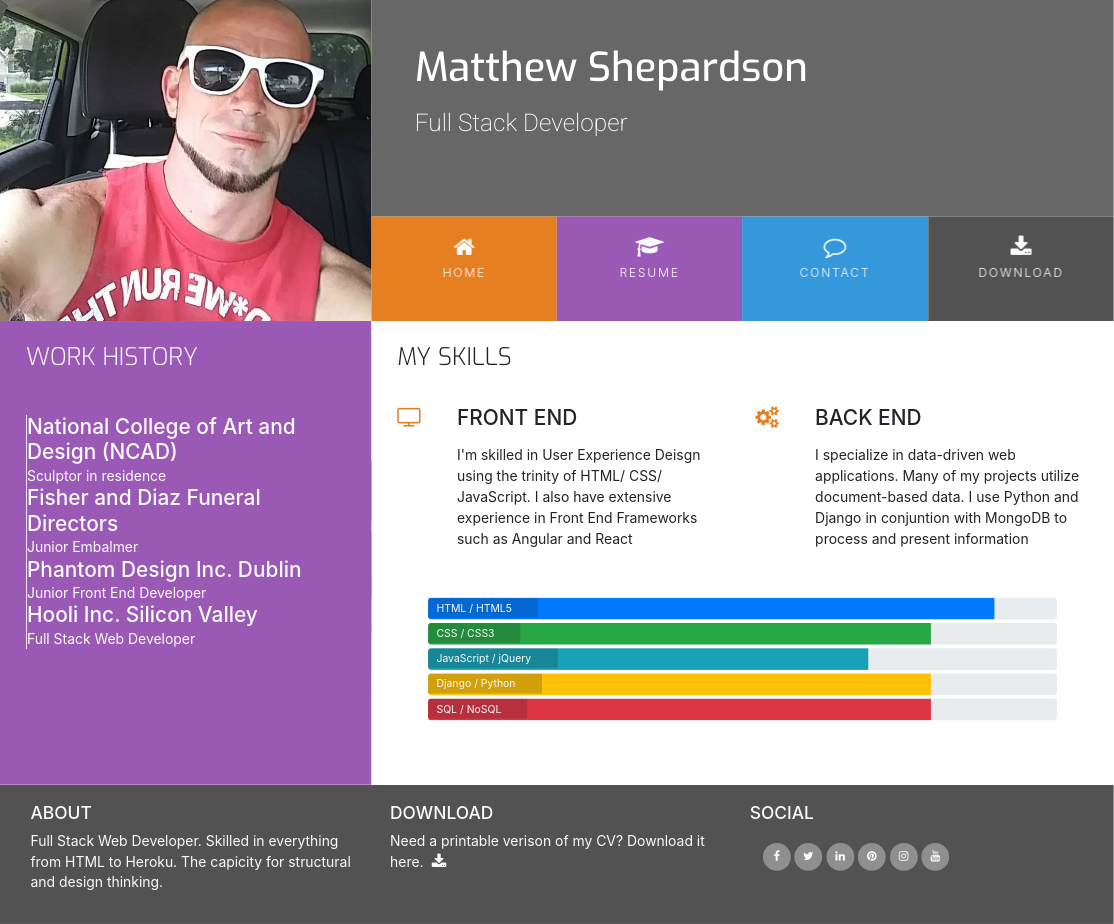
Repository: mshep6517/resume-project
Page: resume.html
The author's editor kept a record of every edit. The page is drawn from the files as they stood at one moment, then again after the next edit.
The browser window is 1280 px wide. The pictures show the whole page, at 87% of full size.
Some web libraries are served in a nearby version.

Above is the page before.

After the next edit:
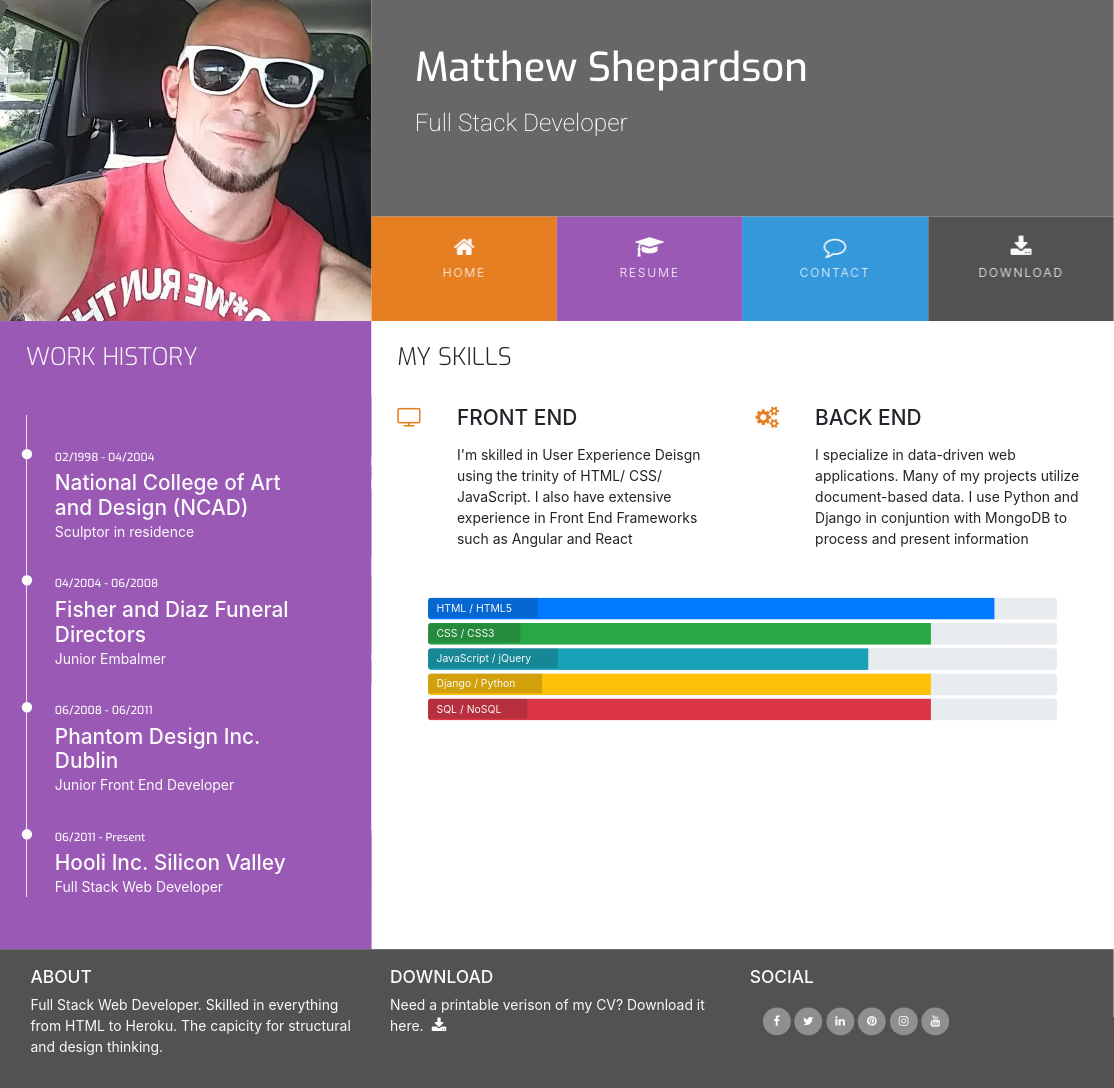
The edit:
--- a/assets/css/style.css
+++ b/assets/css/style.css
@@ -299,7 +299,7 @@
 }
 
 .timeline-item {
-    padding: 4em 2em 0em em;
+    padding: 4em 2em 0em 2em;
     position: relative;
     color: #fafafa;
     border-left: 1px solid;
@@ -310,27 +310,31 @@
     margin: 0;
 }
 
-.timeline-item: before {
+.timeline-item:before {
     content: attr(data-dates);
     position: absolute;
     left: 2.5em;
     top: 3em;
     display: block;
-    font-family: "Exo" sans-serif;
+    font-family: "Exo", sans-serif;
     font-weight: 500;
     font-size: 0.8em;
     padding: 0;
     margin: 0;
 }
 
-.timeline-item: after {
+.timeline-item:after {
     width: 12px;
     height: 12px;
     display: block;
     top: 2.4em;
     position: absolute;
-    left:-6px;
+    left: -6px;
     border-radius: 12px;
     content: '';
     background: #fafafa;
 }
+
+.history-items {
+    margin-bottom: 30px;
+}
